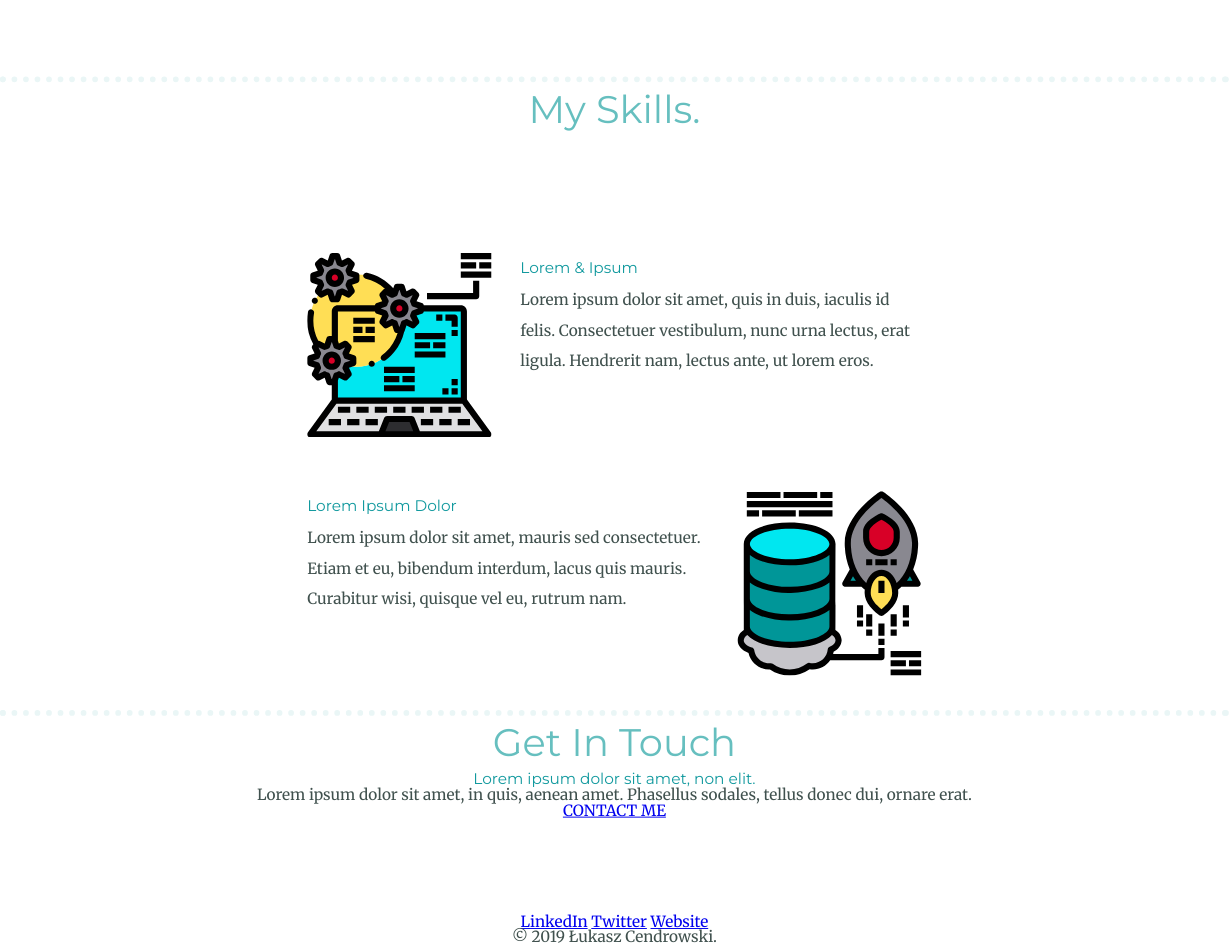
Repository: Isanderr/simple_landing_page-1
Page: index.html
The author's editor kept a copy of each file at every save. The page is drawn from the files as they stood at one save, then again after the next save.
The browser window is 1280 px wide. The pictures show the part of the page from y = 958 to 1944 px (the page is 1944 px tall), at 96% of full size.
A picture or video elsewhere on the page could not be fetched, so the positions and the page height are approximate.

Above is the page before, as saved 2019-02-01 17:45:39.

After the next save:
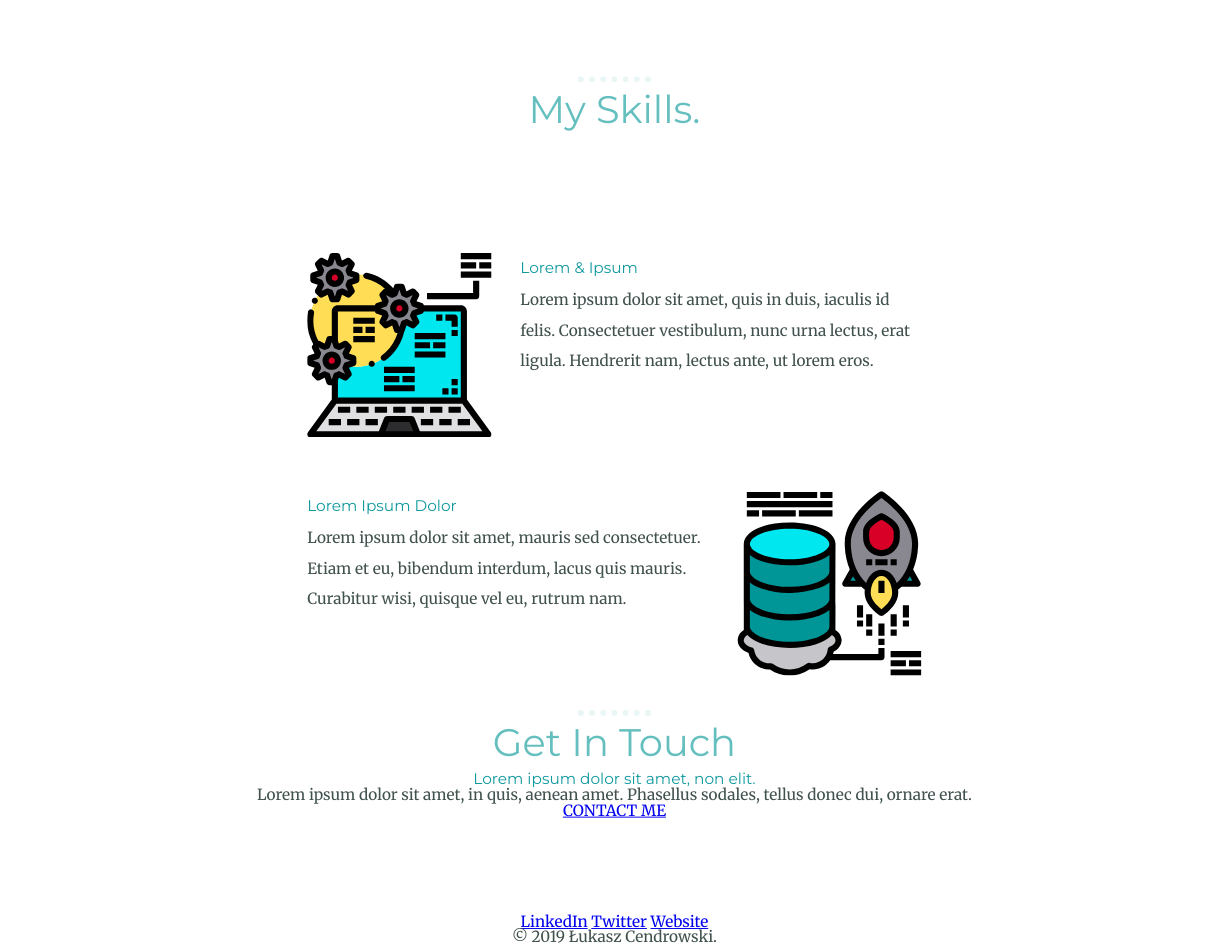
Saved 8 s later.
--- a/css/styles.css
+++ b/css/styles.css
@@ -30,6 +30,7 @@ h3 {
 hr {
     border: dotted #EAF6F6 6px;
     border-bottom: none;
+    width: 5%;
 }
 
 
